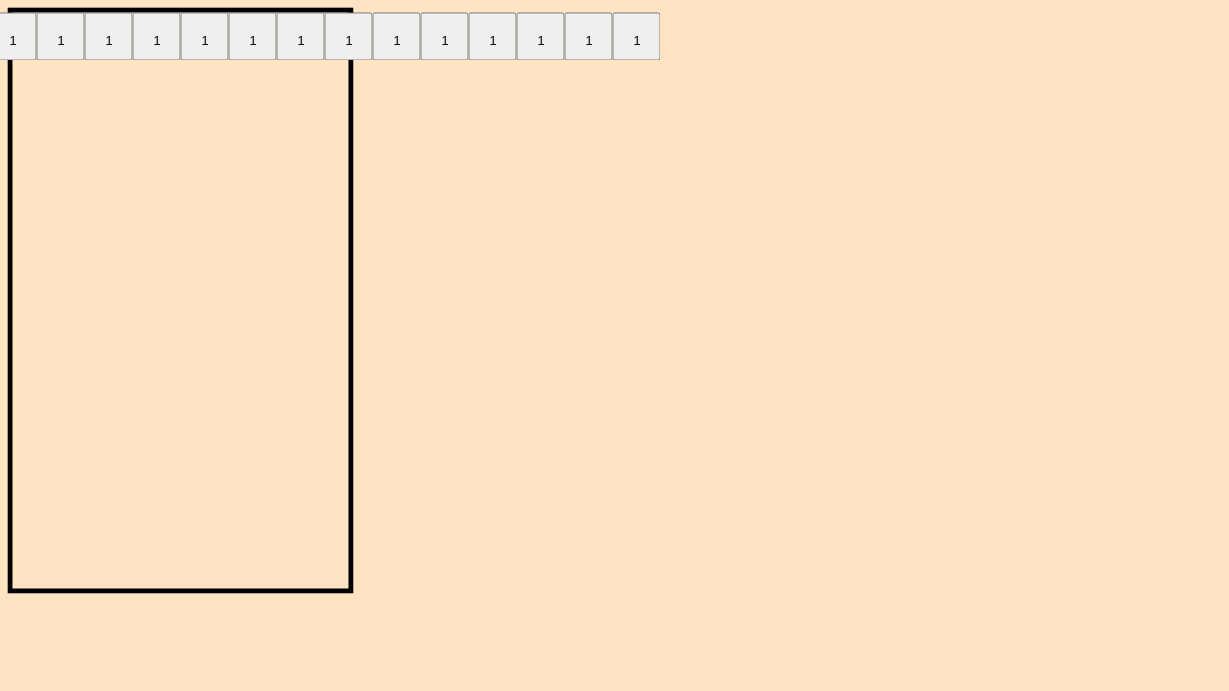
Repository: noahcallen/LAB-calculator
Page: index.html
The author's editor kept a copy of each file at every save. The page is drawn from the files as they stood at one save, then again after the next save.
The browser window is 1280 px wide. The pictures show the whole page, at 96% of full size.

Above is the page before, as saved 2024-07-10 18:33:35.

### index.html
<!DOCTYPE html>
<html lang="en">
<head>
  <meta charset="UTF-8">
  <meta name="viewport" content="width=device-width, initial-scale=1.0">
  <title>Document</title>
  <link rel="stylesheet" href="main.css">
  <meta name="viewport" content="width=device-width, initial-scale=1">
</head>
<body>
  <div class="container">

    <button type="button" class="btn btn-primary">1</button>
    <button type="button" class="btn btn-primary">1</button>
    <button type="button" class="btn btn-primary">1</button>
    <button type="button" class="btn btn-primary">1</button>
    <button type="button" class="btn btn-primary">1</button>
    <button type="button" class="btn btn-primary">1</button>
    <button type="button" class="btn btn-primary">1</button>
    <button type="button" class="btn btn-primary">1</button>
    <button type="button" class="btn btn-primary">1</button>
    <button type="button" class="btn btn-primary">1</button>
    <button type="button" class="btn btn-primary">1</button>
    <button type="button" class="btn btn-primary">1</button>
    <button type="button" class="btn btn-primary">1</button>
    <button type="button" class="btn btn-primary">1</button>
    <button type="button" class="btn btn-primary">1</button>
    <button type="button" class="btn btn-primary">1</button>
    <button type="button" class="btn btn-primary">1</button>
    <button type="button" class="btn btn-primary">1</button>
    <button type="button" class="btn btn-primary">1</button>
    <button type="button" class="btn btn-primary">1</button>


  </div>



  <script src="main.js"></script>
  <!-- import js bootstrap -->
  <script src="https://cdn.jsdelivr.net/npm/bootstrap@5.3.3/dist/js/bootstrap.bundle.min.js" integrity="sha384-YvpcrYf0tY3lHB60NNkmXc5s9fDVZLESaAA55NDzOxhy9GkcIdslK1eN7N6jIeHz" crossorigin="anonymous"></script>
</body>
</html>

### main.css
body {
  background-color: bisque;
}

.container {
  display: flex;
  justify-content: center;
  border: solid 5px black;
  height: 600px;
  width: 350px;
}

.btn {
  display: flex;
  flex-wrap: wrap;
  height: 50px;
  width: 50px;
  padding: 20px;
}

Loaded but not shown: main.js (no stored copy; drawn as an empty file)

After the next save:
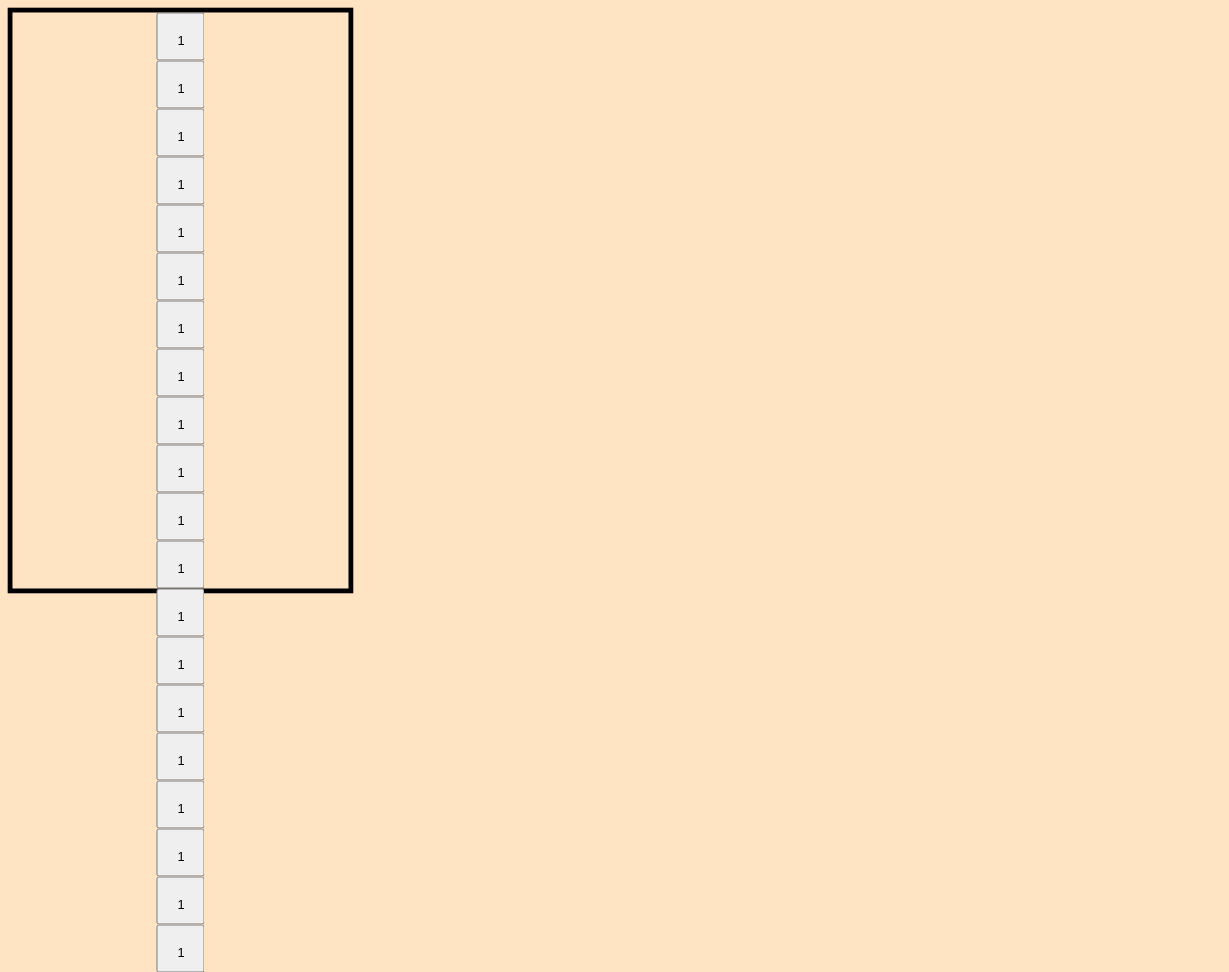
Saved 2 min 11 s later.
--- a/index.html
+++ b/index.html
@@ -9,7 +9,7 @@
 </head>
 <body>
   <div class="container">
-
+    <div class="row m-2"></class=>
     <button type="button" class="btn btn-primary">1</button>
     <button type="button" class="btn btn-primary">1</button>
     <button type="button" class="btn btn-primary">1</button>
@@ -30,7 +30,7 @@
     <button type="button" class="btn btn-primary">1</button>
     <button type="button" class="btn btn-primary">1</button>
     <button type="button" class="btn btn-primary">1</button>
-
+  </div>
 
   </div>
 
